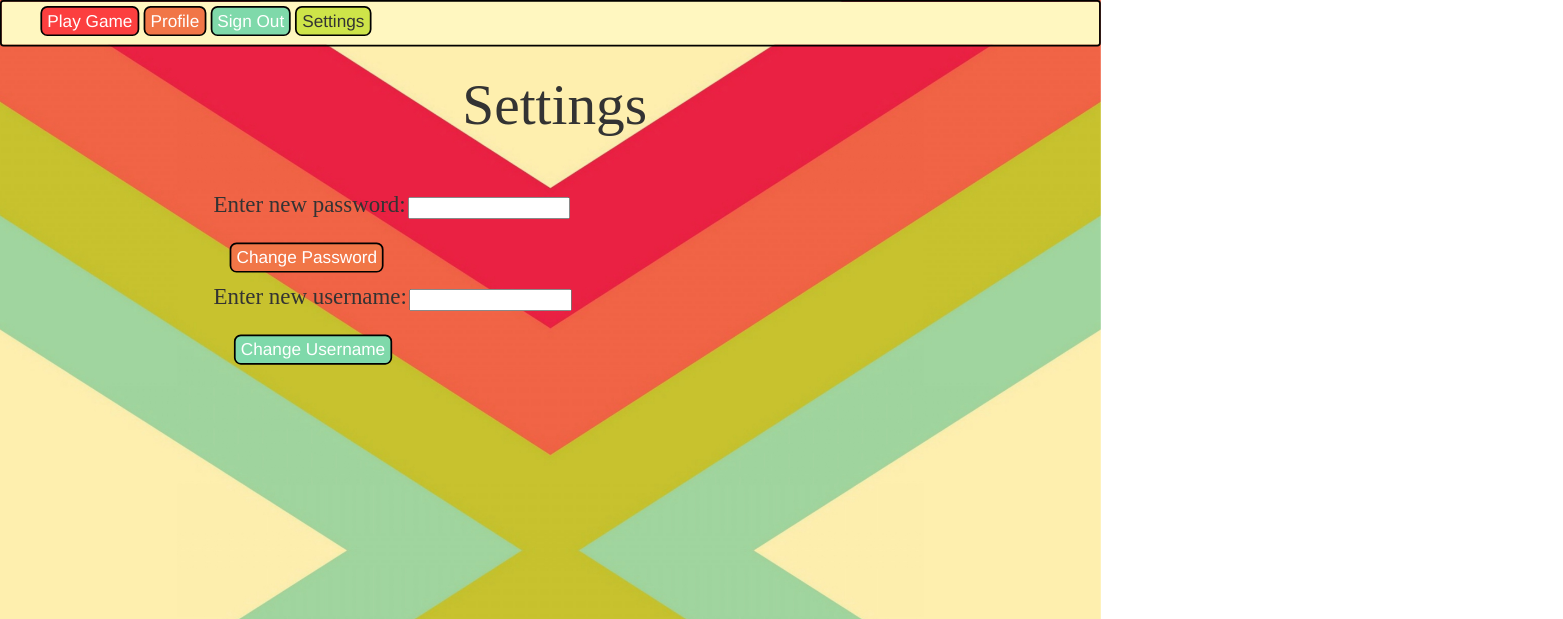
Repository: Acliu1498/RPGyping
Page: http://localhost/php/Settings.php
The author's editor kept a record of every edit. The page is drawn from the files as they stood at one moment, then again after the next edit.
The browser window is 1280 px wide. The page is 1818 px wide, so the pictures cover 1818 px, including what lies to the right of the window. The pictures show the whole page, at 86% of full size.
The page is run by PHP 8.4 with error messages shown; the project is at /var/www/html/. The session is filled in as if someone had signed in: {"username": "testuser", "userID": 1, "accessCode": 1, "userType": "teacher"}.

Above is the page before.

After the next edit:
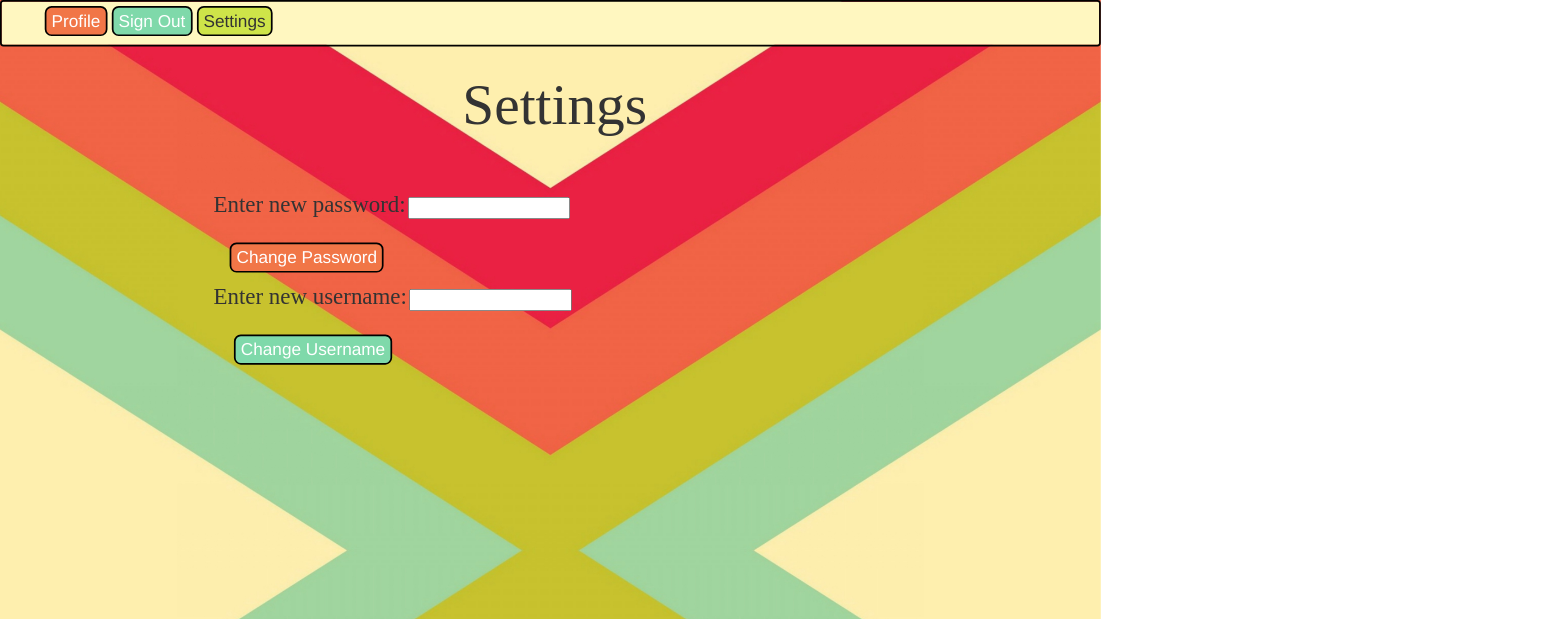
The edit:
--- a/php/Settings.php
+++ b/php/Settings.php
@@ -37,8 +37,8 @@
           <a class="navbar-brand" href="#"></a>
         </div>
         <ul class="nav navbar-nav">
-          <li><button class="button1" onclick="window.location='../php/Sentences.php'">Play Game</button></li>
           <?php if ($_SESSION["userType"] == "student" || $_SESSION["userType"] == "general") { ?>
+            <li><button class="button1" onclick="window.location='../php/Sentences.php'">Play Game</button></li>
             <li><button class="button2" onclick="window.location='../php/Game_Profile.php'">Profile</button></li>
           <?php } else { ?>
             <li><button class="button2" onclick="window.location='../php/Teacher_Profile.php'">Profile</button></li>
